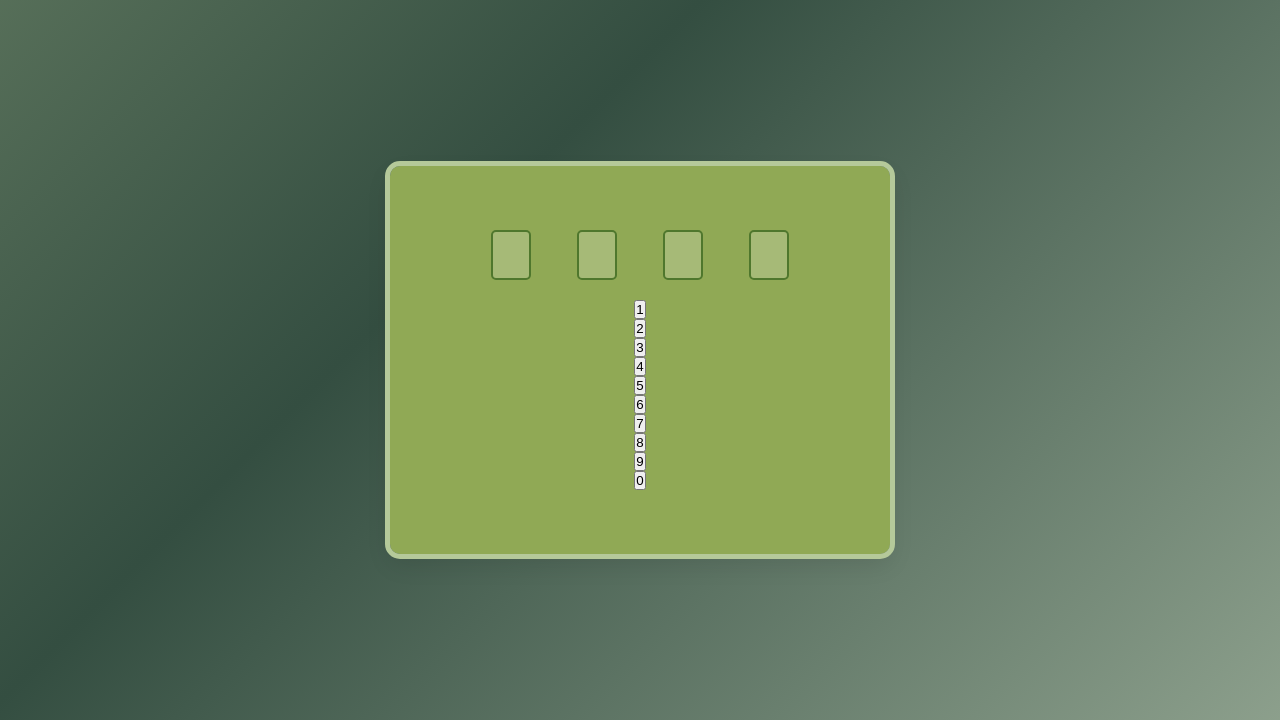
Repository: jahatesu/project-cutie
Page: index.html
These files come from the project's save history. The page is drawn as it stood at one moment and after the next save; the edit follows.
The browser window is 1280 px wide. The pictures show the whole page.
Some web libraries are served in a nearby version.

Above is the page before, as saved 2025-08-14 20:22:24.
Console error: TypeError: Cannot read properties of null (reading 'getBoundingClientRect')

### index.html
<!DOCTYPE html>
<html lang="en">
<head>
    <meta charset="UTF-8"
    meta http-equiv="X-UA-Compatible" content="IE=edge">
    <meta name="viewport" content="width=device-width, initial-scale=1.0">
    <title>idk yet</title>
    <link rel="stylesheet" href="https://cdnjs.cloudflare.com/ajax/libs/font-awesome/7.0.0/css/all.min.css">
    <link rel="stylesheet" href="style.css">
</head>

<body>
    <div class="wrapper">
        <!-- <i class="fa-solid fa-heart"></i>
        <h2 class="question">Do you wanna see why I think you’re the cutest?</h2>
        <div class="btn-group">
            <button class="btn-yes">Yes</button>
            <button class="btn-no">No</button>
        </div> -->

        <!-- PIN DISPLAY -->
         <div class="pin-display">
            <div class="pin-box"></div>
            <div class="pin-box"></div>
            <div class="pin-box"></div>
            <div class="pin-box"></div>
         </div>

         <!-- HEART BUTTONS -->
          <button data-num = "1">1</button>
          <button data-num = "2">2</button>
          <button data-num = "3">3</button>
          <button data-num = "4">4</button>
          <button data-num = "5">5</button>
          <button data-num = "6">6</button>
          <button data-num = "7">7</button>
          <button data-num = "8">8</button>
          <button data-num = "9">9</button>
          <button data-num = "0">0</button>
    </div>

    <script src="script.js"></script>


</body>
</html>

### style.css
:root{
    --bg1:#e9f5db;
    --bg2:#90a955;
    --accent:#b5c99a;
    --ink:#232323;
    --splash-duration: 2600ms;
  }

*{
    margin: 0;
    padding: 0;
    box-sizing: border-box;
}

html, body {
    display: flex;
    justify-content: center;
    align-items: center;
    min-height: 100vh;
  width: 100%;
  height:100%;
}

body {
    background: linear-gradient(-45deg, #e9f5db, #344e41, #b5c99a, #23d5ab);
    background-size: 400% 400%;
    animation: gradient 15s ease infinite;
}

@keyframes gradient {
    0% {
        background-position: 0% 50%;
    }
    50% {
        background-position: 100% 50%;
    }
    100% {
        background-position: 0% 50%;
    }
}
.wrapper{
    position: relative;
    width: 90%;
    padding: 5%;
    max-width: 500px;
    margin: 50px 50px;
    height: fit-content;
    /* max-height: 50%; */
    background: #90a955;
    border-radius: 10px;
    display: flex;
    justify-content: center;
    align-items: center;
    box-shadow: 0 10px 25px rgba(0,0,0,0.1);
    flex-direction: column;
    text-align: center;
    outline: 5px solid #b5c99a;
}

.pin-display{
  display: flex;
  justify-content: space-between;
  margin-bottom: 20px;
  width: 80%;
}

.pin-box{
  width: clamp(30px, 8vw, 40px);
  height: clamp(30px, 9vw, 50px);
  border: 2px solid #4f772d;
  border-radius: 5px;
  background: rgba(255,255,255,0.2);
}

/* .wrapper i {
  font-size: 50px;
  margin-bottom: 10px;
  color: #e9f5db;
}

i{
    font-size:7.5em;
    color: #e9f5db;
    border: 5px solid transparent;
}

h2{
    font-size: 2em;
    color: #e9f5db;
    margin: 15px 0;
}
@media (max-width: 600px) {
  .h2 {
    font-size: 1.2rem;
  }
}

.btn-group{
    width: 100%;
    height: 40px;
    display: flex;
    justify-content: center;
    margin-top: 15px;
}

button {
    position: absolute;
    width: 150px;
    height: inherit;
    font-size: 1.2em;
    color: #e9f5db;
    font-weight: 600;
    border-radius: 30px;
    border: 2px solid #4f772d;
    cursor: pointer;
    box-shadow: 0 5px 15px rgba(0,0,0,0.3);
}

button:nth-child(1){
    margin-left: -200px;
    background: #4f772d;
    color: #b5c99a;
}

button:nth-child(2){
    margin-right: -200px;
    color: #b5c99a;
}

@media (max-width: 400px) {
  .question {
    font-size: 5vw;
  }
  button {
    font-size: 4vw;
  }
} */

### script.js
const wrapper = document.querySelector(".wrapper");
const question = document.querySelector(".question");
const yesBtn = document.querySelector(".btn-yes");
const noBtn = document.querySelector(".btn-no");

const wrapperRect = wrapper.getBoundingClientRect();
const noBtnRect = noBtn.getBoundingClientRect();


yesBtn.addEventListener('click', () => {
    question.innerHTML = 'I knew it! Love you too <3 ';
})

noBtn.addEventListener('mouseover', () => {
    const i = Math.floor(Math.random() * (wrapperRect.width - noBtnRect.width));
    const j = Math.floor(Math.random() * (wrapperRect.height - noBtnRect.height));
    noBtn.style.left = i + "px";
    noBtn.style.top = j + "px";
})

After the next save:
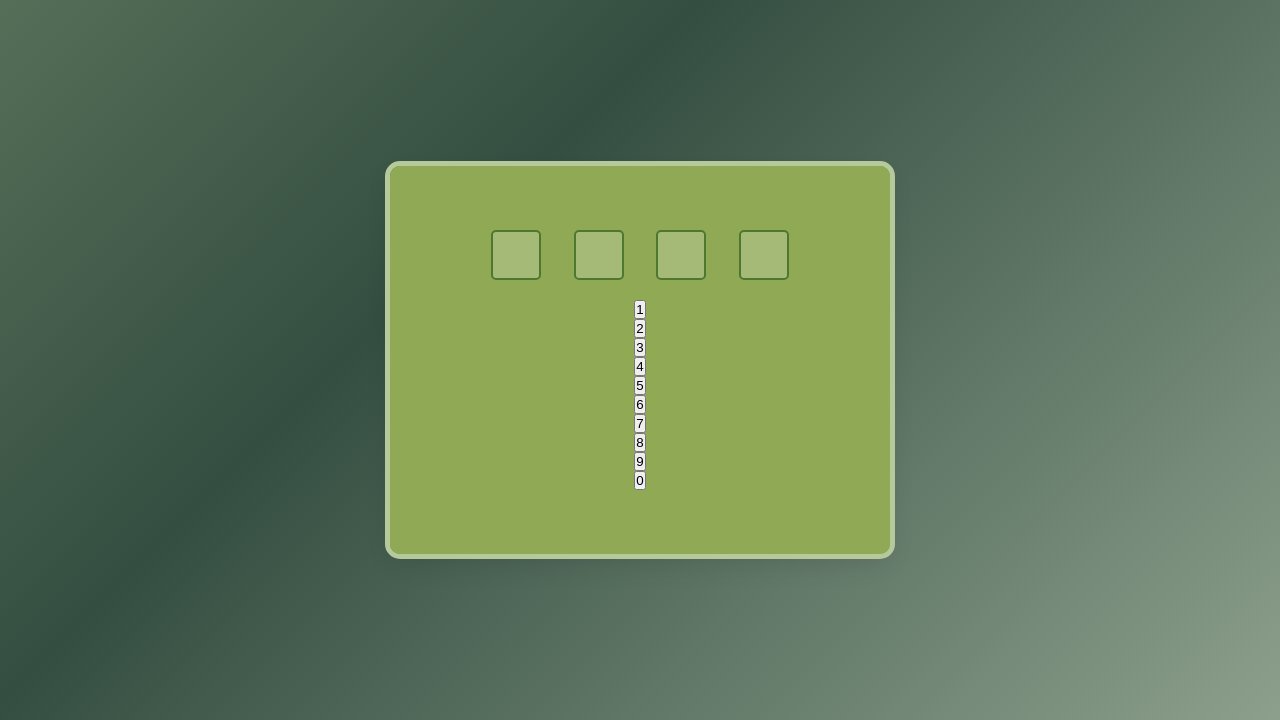
Saved 6 s later.
--- a/style.css
+++ b/style.css
@@ -65,8 +65,8 @@
 }
 
 .pin-box{
-  width: clamp(30px, 8vw, 40px);
-  height: clamp(30px, 9vw, 50px);
+  width: clamp(30px, 8vw, 50px);
+  height: clamp(30px, 8vw, 50px);
   border: 2px solid #4f772d;
   border-radius: 5px;
   background: rgba(255,255,255,0.2);

After the save that followed:
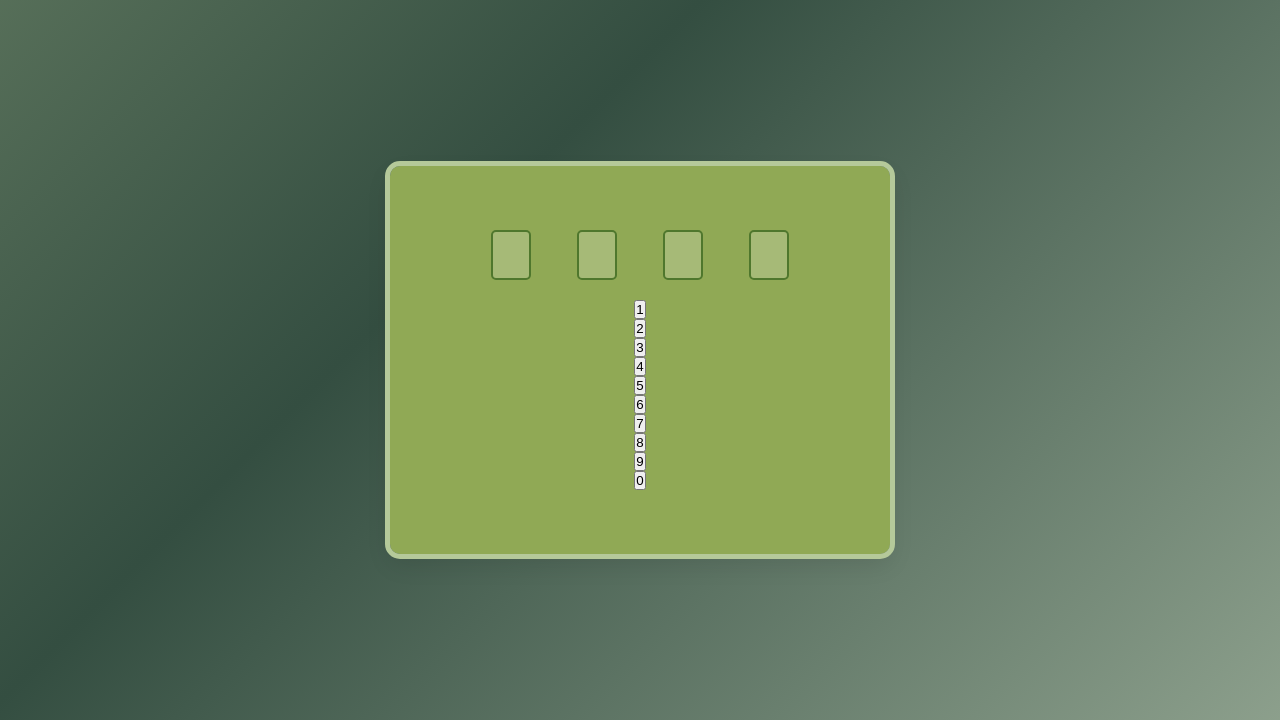
Saved 11 s later.
--- a/style.css
+++ b/style.css
@@ -65,7 +65,7 @@
 }
 
 .pin-box{
-  width: clamp(30px, 8vw, 50px);
+  width: clamp(30px, 8vw, 40px);
   height: clamp(30px, 8vw, 50px);
   border: 2px solid #4f772d;
   border-radius: 5px;
